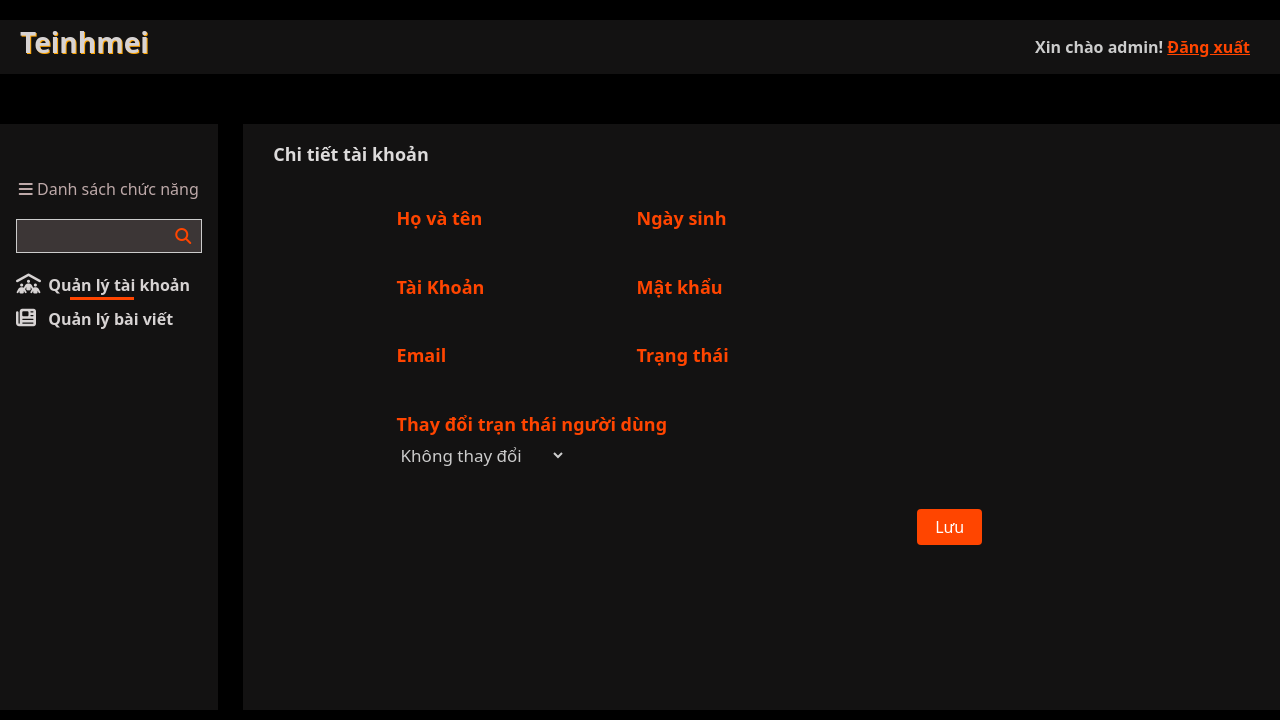
Repository: 29ieH/schedule-manager
Page: http://localhost/quanlythoigian/views/admin/edituser.jsp
These files come from the project's save history. The page is drawn as it stood at one moment and after the next save; the edit follows.
The browser window is 1280 px wide. The pictures show the whole page.
The page is served by Tomcat 9. Nobody is signed in. The application's start-up code is not run. Other server files are loaded and not shown.

Above is the page before, as saved 2023-12-26 16:04:32.

### quanlythoigian/src/main/webapp/views/admin/edituser.jsp
<%@ page language="java" contentType="text/html; charset=UTF-8"
    pageEncoding="UTF-8"%>
    <%@include file = "../../util/taglib.jsp"%>
     <%@include file = "../../util/libweb.jsp"%>
<!DOCTYPE html>
<html>
<head>
<meta charset="UTF-8">
<title>Insert title here</title>
</head>
<c:set var ="result" value ="${applicationScope.listResult}"/>
<%
	session = request.getSession(false);
	if(session!=null){
%>
<body style="background-color: black;">
    <div class="web">
        <div class="width-1280">
            <div  id ="div__error-mess" class="error__edit-mess">
                <button id = "div__error-close" class="error__edit-mess--close">
                    <i class="fa-regular fa-circle-xmark"></i>
                </button>
                <h5 class="error__edit-mess--heading">
                    Thông Báo !
                </h5>
                <p class="error__edit-mess--text">
                    aaaabcdefghaaaaaaaaaaaaaaaaaaaaaaaaaaaaaaaaaaaaaaaaaaaaaaaaaaaaaaaaaaaaaaaaaaaaaaaaaaaaaaaaaaaaaaaaaaaaaaaaaaaaaaaaaaaaaaaaaa
                </p>
            </div>
        <div class="header">
            <div style="margin-top: 20px;" class="header__navbar">
                <ul class="header__navbar--list">
                        <h3 class="header__logo">Teinhmei</h3>
                </ul>
                <ul class="header__navbar--list">
                    <li style="color: #ccc; font-weight: 700;" class="header__navbar--item">
                        Xin chào admin! <a style ="color: orangered;" href="<c:url value="/a-dang-xuat"/>">Đăng xuất</a>
                    </li>
                </ul>
            </div>
        </div>
        <div class="hu-content m-h">
        <div class="dashboard">
            <h6 class="dashboard__heading"> <i class="fa-solid fa-bars"></i> Danh sách chức năng</h6>
            <div style="margin-bottom: 20px;" class="dashboard__search">
                <input class="dashboard__search--input" type="text" name="" id="">
                <a class="dashboard__search--link "  href=""><i class="color-2 dashboard__search--icon fa-solid fa-magnifying-glass"></i></a>
            </div>
            <ul class="dashboard__list">
                <li class="dashboard__item tkb">
                    <a class="dashboard__item--link" href="">
                        <i class="dashboard__item--icon fa-solid fa-people-roof"></i>
                        Quản lý tài khoản
                    </a>
                    <div class="tkb-underline"></div>
                </li>
                <li id="sukien" class="dashboard__item sukien">
                    <a class="dashboard__item--link" href="indexevent.html">
                        <i class="dashboard__item--icon fa-solid fa-newspaper"></i>
                    Quản lý bài viết
                    </a>
                </li>
            </ul>
        </div>
        <div  style="padding: 20px 30px;" class="hu-body">
            <h6 class="a-table__heading">Chi tiết tài khoản</h6>
            <form action="<c:url value = "/a-edit-userz"/>" id="myForm">
            	<input type="hidden" name = "id" value ="${result.idNguoiDung}">
                <div class="a_form--user">
                <c:if test="${result.goiTinh != 'Nam'}{">
                <img src="<c:url value="/img/nuuser.png"/>" alt="" class="a_form--img">
                </c:if>
                <c:if test="${result.goiTinh == 'Nam'}{">
                <img src="<c:url value="/img/usernam.png"/>" alt="" class="a_form--img">
                </c:if>
                    <div class="a_form--info">
                        <ul class="a_form--list">
                            <li class="a_form--item">
                                <div class="r">
                                    <div class="w-260px">
                                        <span>Họ và tên</span>
                                        <input class="a_form--input" type="text" value="${result.hoVaTen}" name="hoVaTen">
                                        <div id="error-thoiGianBatDau" class="mess_error"></div>
                                    </div>
                                    <div class="w-260px">
                                    <span>Ngày sinh</span>
                                    <input class="a_form--input w-260px" type="text" value="${result.ngaySinh}" name="ngaySinh">
                                    <div id="error-thoiGianBatDau" class="mess_error"></div>
                                    </div>
                                </div>
                                <div class="r">
                                <div class="w-260px">
                                    <span>Tài Khoản</span>

                                <input class="a_form--input w-260px" type="text" value="${result.taiKhoan}" name="taiKhoan">
                                <div id="error-thoiGianBatDau" class="mess_error"></div>
                                </div>
                                <div class="w-260px">
                                    <span>Mật khẩu</span>

                                <input class="a_form--input w-260px" type="text" value="${result.matKhau}" name="matKhau">
                                <div id="error-thoiGianBatDau" class="mess_error"></div>
                                </div>
                            </div>
                            <div class="r">
                                <div class="w-260px">
                                    <span>Email</span>

                                <input class="a_form--input w-260px" type="email" value="${result.email}" name="email">
                                <div id="error-thoiGianBatDau" class="mess_error"></div>
                                </div>
                                <div class="w-260px">
                                    <span>Trạng thái</span>
                                	<c:if test="${result.status==1}">
                                	<c:set var = "status" value="Đang hoạt động"/>
                                	</c:if>
                                	<c:if test="${result.status==0}">
                                	<c:set var = "status" value="Tạm khóa"/>
                                	</c:if>
                                    <input class="a_form--input w-260px" type="text" value="${status}" name="status">
                                    <div id="error-thoiGianBatDau" class="mess_error"></div>
                                    </div>

                            </div>
                            <div>
                                <span>Thay đổi trạn thái người dùng</span>

                                <div>
                                <select class="a_form--input w-176px" aria-label="Default select example" name="editStatus">
                                    <option value="2">Không thay đổi</option>
                                    <option value="1">Mở khóa tài khoản</option>
                                    <option value="0">Khóa tài khoản</option>
                                  </select>
                                  </div>

                            </div>
                            </li>
                        </ul>
                    </div>
                </div>
                <input style="margin-left: 644px;" class="a-table__submit" type="submit" value="Lưu">
            </form>
        </div>
    </div>
        </div>
    </div>
</body>
<% } else {
	response.sendRedirect("/quanlythoigian/views/dangnhap.jsp");
} %>
</html>

### quanlythoigian/src/main/webapp/util/taglib.jsp
   <%@ taglib prefix = "c" uri = "http://java.sun.com/jsp/jstl/core" %>
     <link rel="stylesheet" href="<c:url value ="/css/base.css"/>">
    <link rel="stylesheet" href="<c:url value ="/css/main.css"/>">

### quanlythoigian/src/main/webapp/util/libweb.jsp
	<link href="https://cdn.jsdelivr.net/npm/bootstrap@5.2.3/dist/css/bootstrap.min.css" rel="stylesheet" integrity="sha384-rbsA2VBKQhggwzxH7pPCaAqO46MgnOM80zW1RWuH61DGLwZJEdK2Kadq2F9CUG65" crossorigin="anonymous">
    <script src="https://cdn.jsdelivr.net/npm/@popperjs/core@2.11.6/dist/umd/popper.min.js" integrity="sha384-oBqDVmMz9ATKxIep9tiCxS/Z9fNfEXiDAYTujMAeBAsjFuCZSmKbSSUnQlmh/jp3" crossorigin="anonymous"></script>
    <script src="https://cdn.jsdelivr.net/npm/bootstrap@5.2.3/dist/js/bootstrap.min.js" integrity="sha384-cuYeSxntonz0PPNlHhBs68uyIAVpIIOZZ5JqeqvYYIcEL727kskC66kF92t6Xl2V" crossorigin="anonymous"></script>
    <link rel="stylesheet" href="https://cdnjs.cloudflare.com/ajax/libs/font-awesome/6.4.2/css/all.min.css" integrity="sha512-z3gLpd7yknf1YoNbCzqRKc4qyor8gaKU1qmn+CShxbuBusANI9QpRohGBreCFkKxLhei6S9CQXFEbbKuqLg0DA==" crossorigin="anonymous" referrerpolicy="no-referrer" />

### quanlythoigian/src/main/webapp/css/main.css
ul{
    margin: 0;
}
li{
    list-style: none;
}
.color-2{
    color: orangered;
}
.color-1{
    color: rgb(215, 211, 211);
}
.color-3{
    color: #0000;
}
.color-util{
    color: #d79e9e !important;
}
.color-input{
   background-color: rgb(215, 211, 211) !important;
}
.w-138px{
	width : 138px;
}
.w-244px{
	width : 244px;
}
.w-284px{
	width : 284px;
}
.w-320px{
    width: 320px;
}
.width-1280{
    width: 1380px;
}
.f-13{
    font-size: 13px !important;
}
.web{
    display: flex;
    align-items: center;
    justify-content: center;
}
.modal{
    position: fixed;
    top: 0;
    right: 0;
    left: 0;
    bottom: 0;
    background-color: rgba(0, 0, 0, 0.7);
    display: flex;
    align-items: center;
    justify-content: center;
}
body{
    margin: 0;
}
.row-body{
    display: flex;
    align-items: center;
    justify-content: center;
}
.m-t-40{
    margin-top: 40px;
}
.m-t-10{
    margin-top: 10px;
}
.m-b-10{
    margin-bottom: 10px;
}
.m-r-20{
    margin-right: 20px;
}
.m-l-30{
    margin-left: 30px;
}
.m-r-10{
    margin-right: 10px;
}
.pd-b-40{
    padding-bottom: 40px;
}
.w-210px{
    width: 210px !important;
}
.w-156px{
    width: 156px !important;
}
.reset-margin{
    margin: 0 !important;
}
.w-260px{
    width: 240px !important;
}
.w-280px{
    width: 280px;
}
.row{
    display: flex;
    justify-content: space-between;
    padding: 20px 30px;
}
.r{
    display: flex;
}
.pd-6{
    padding: 6px !important;
}
.mess_error{
    color: red;
    font-weight: 600;
    font-size: 15px;
    overflow-wrap: break-word;
    margin-top: 4px;
}
.bg-p{
    background-color: rgb(19, 18, 18) !important;
}
.btn-submit{
    padding: 2px 14px;
    border-radius: 4px;
    background-color: orangered;
    color: #ffff;
}
.btn-submit:hover{
    background-color: rgb(255, 30, 0);
}
  .btn{
    cursor: pointer;
    padding: 0 !important;
  }
    .error__edit-mess{
    width: 446px;
    background-color: #3c3636;
    border-radius: 12px;
    position: absolute;
    padding: 10px 20px;
    right: 35.3%;
    transition: top 0.5s;
    top: -100%;
    /* top: 32px; */
  }
  .error__edit-mess--heading{
    color: orangered;
    text-shadow: 1px 1px #141414;
    text-align: center;
  }
  .error__edit-mess--text{
    color: #c7c1c1;
    text-align: center;
    margin: 0;
    font-size: 17px;
    text-shadow: 1px 1px #5d4a4a;
    overflow-wrap: break-word;
  }
  .error__edit-mess--close{
    background-color: #3c3636;
    border: none;
    position: absolute;
    right: 0px;
    top: 0px;
    font-size: 20px;
    border-radius: 10px;
    color: #f7a2a2;
  }
  .error__edit-mess--close:hover{
    color: #937878;
  }
  .m-h{
  	    min-height: 586px;
  }
  .pagination{
    --bs-pagination-bg: black !important;
    --bs-pagination-color: orange !important;
    --bs-pagination-active-bg: #FF5722 !important;
  	--bs-pagination-active-border-color: #dee2e6 !important;
	--bs-pagination-hover-color: #FF5722 !important;

  }

Loaded but not shown: quanlythoigian/src/main/webapp/css/base.css (1142 lines, source omitted)

After the next save:
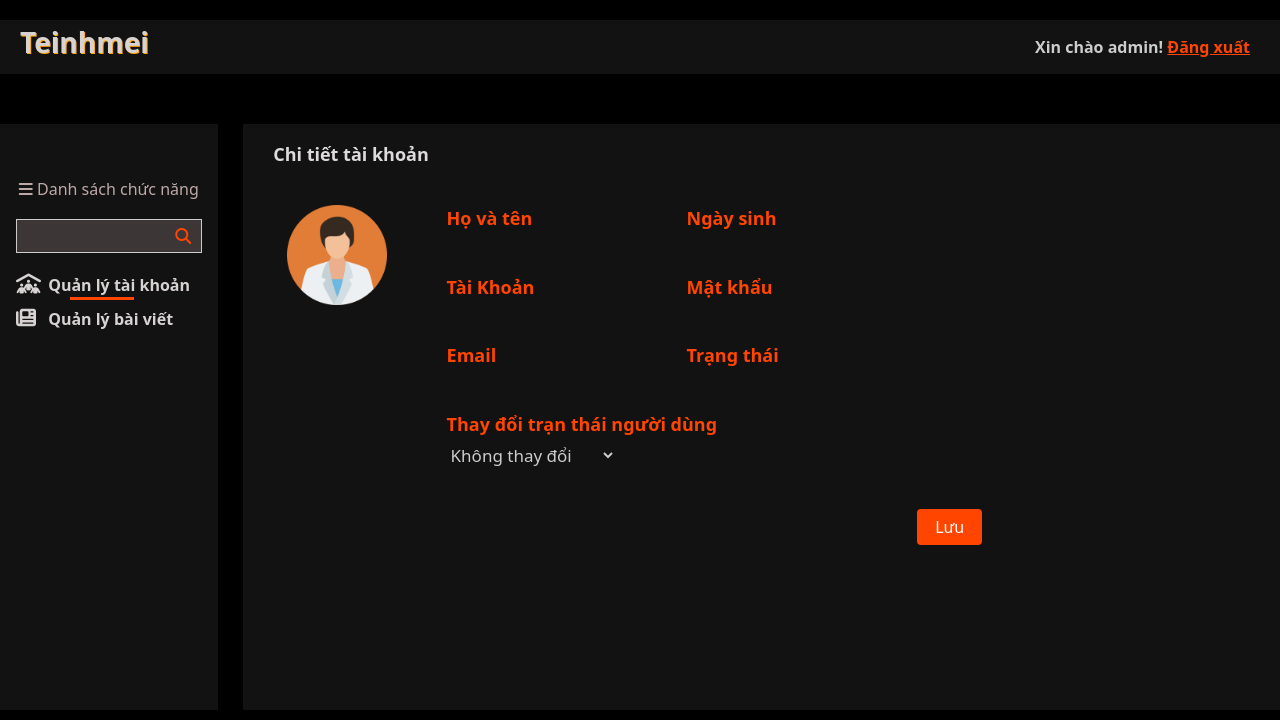
Saved 41 s later.
--- a/quanlythoigian/src/main/webapp/views/admin/edituser.jsp
+++ b/quanlythoigian/src/main/webapp/views/admin/edituser.jsp
@@ -67,10 +67,10 @@
             <form action="<c:url value = "/a-edit-userz"/>" id="myForm">
             	<input type="hidden" name = "id" value ="${result.idNguoiDung}">
                 <div class="a_form--user">
-                <c:if test="${result.goiTinh != 'Nam'}{">
+                <c:if test="${result.goiTinh != 'Nam'}">
                 <img src="<c:url value="/img/nuuser.png"/>" alt="" class="a_form--img">
                 </c:if>
-                <c:if test="${result.goiTinh == 'Nam'}{">
+                <c:if test="${result.goiTinh == 'Nam'}">
                 <img src="<c:url value="/img/usernam.png"/>" alt="" class="a_form--img">
                 </c:if>
                     <div class="a_form--info">
